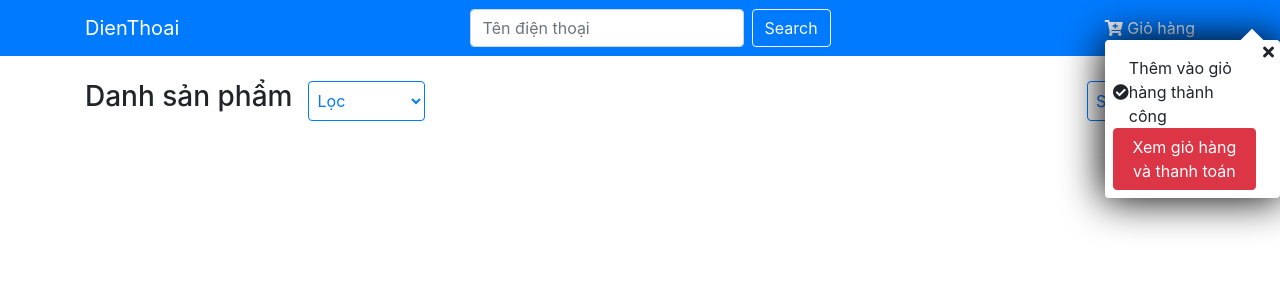
Repository: dovanthao2404/BC14_Bai_Tap_Ban_Dien_Thoai_dovanthao
Page: app/views/index.html
These files come from the project's save history. The page is drawn as it stood at one moment and after the next save; the edit follows.
The browser window is 1280 px wide. The pictures show the whole page.
Some web libraries are served in a nearby version. The style sheet was rebuilt from its Sass, Less or Tailwind sources for each picture, by a compiler version that may differ from the author's.

Above is the page before, as saved 2021-08-14 16:13:34.
Console error (its wording comes from the project's code and is left out).

### app/views/index.html
<!DOCTYPE html>
<html lang="en">

<head>
  <meta charset="UTF-8">
  <meta http-equiv="X-UA-Compatible" content="IE=edge">
  <meta name="viewport" content="width=device-width, initial-scale=1.0">
  <title>Dien Thoai Xin</title>




  <!-- FONT AWESOME -->
  <link rel="stylesheet" href="https://cdnjs.cloudflare.com/ajax/libs/font-awesome/5.15.4/css/all.min.css"
    integrity="sha512-1ycn6IcaQQ40/MKBW2W4Rhis/DbILU74C1vSrLJxCq57o941Ym01SwNsOMqvEBFlcgUa6xLiPY/NS5R+E6ztJQ=="
    crossorigin="anonymous" referrerpolicy="no-referrer" />

  <!-- GOOGLE FONTS -->

  <link rel="preconnect" href="https://fonts.googleapis.com">
  <link rel="preconnect" href="https://fonts.gstatic.com" crossorigin>
  <link
    href="https://fonts.googleapis.com/css2?family=Roboto:ital,wght@0,300;0,400;0,700;1,300;1,400;1,700&display=swap"
    rel="stylesheet">

  <!-- B4 -->
  <link rel="stylesheet" href="https://cdn.jsdelivr.net/npm/bootstrap@4.6.0/dist/css/bootstrap.min.css"
    integrity="sha384-B0vP5xmATw1+K9KRQjQERJvTumQW0nPEzvF6L/Z6nronJ3oUOFUFpCjEUQouq2+l" crossorigin="anonymous">

  <!-- MAIN CSS -->
  <link rel="stylesheet" href="../../assets/css/main.css">
</head>

<body>
  <header class="fixed-top">
    <nav class="navbar navbar-dark bg-primary">
      <div class="container">

        <a href="#" class="navbar-brand">
          DienThoai
        </a>
        <form class="form-inline my-2 my-lg-0">
          <input id="valueSearch" class="form-control mr-sm-2" type="search" placeholder="Tên điện thoại"
            aria-label="Search">
          <button id="btnSearch" class="btn btn-outline-light my-2 my-sm-0" type="button">Search</button>
        </form>
        <div class="phone-cart">
          <a href="cart.html" class="text-light">
            <i class="fa fa-cart-plus"></i> Giỏ hàng
          </a>
          <div class="notifiSuccess pb-2 pt-3 pl-2 pr-4 bg-white rounded">
            <i class="fa fa-times icon-close"></i>
            <div class="d-flex align-items-center">
              <i class="fa fa-check-circle"></i>
              <p class="m-0">Thêm vào giỏ hàng thành công</p>
            </div>
            <button class="btn btn-danger w-100" data-target="cart.html">Xem giỏ hàng và thanh toán</button>
          </div>
        </div>
      </div>
    </nav>

  </header>

  <section class="phone-product">
    <div class="container">
      <div id="listAll-type">
        <div class="phone-title">
          <div class="d-flex justify-content-between align-items-center my-3">
            <div class="d-flex align-items-center">
              <h3 class="mr-3">
                Danh sản phẩm
              </h3>
              <div>
                <select class="phone-select" name="" id="phoneType">
                  <option value="">Lọc</option>
                  <option value="Samsung">Samsung</option>
                  <option value="Iphone">Iphone</option>
                </select>

              </div>
            </div>
            <div class="sort-name">
              <select class="phone-select" name="" id="sortPhone">
                <option value="">Sắp xếp</option>
                <option value="a">A - Z</option>
                <option value="z">Z - A</option>
              </select>
            </div>
          </div>
        </div>
        <div class="phone-list">
          <div class="row" id="listPhoneView">

          </div>
        </div>
      </div>
    </div>
    </div>
  </section>


  <!-- B4 -->
  <script src="https://code.jquery.com/jquery-3.5.1.slim.min.js"
    integrity="sha384-DfXdz2htPH0lsSSs5nCTpuj/zy4C+OGpamoFVy38MVBnE+IbbVYUew+OrCXaRkfj"
    crossorigin="anonymous"></script>
  <script src="https://cdn.jsdelivr.net/npm/bootstrap@4.6.0/dist/js/bootstrap.bundle.min.js"
    integrity="sha384-Piv4xVNRyMGpqkS2by6br4gNJ7DXjqk09RmUpJ8jgGtD7zP9yug3goQfGII0yAns"
    crossorigin="anonymous"></script>


  <!-- AXIOS -->
  <script src="https://cdnjs.cloudflare.com/ajax/libs/axios/0.21.1/axios.min.js"
    integrity="sha512-bZS47S7sPOxkjU/4Bt0zrhEtWx0y0CRkhEp8IckzK+ltifIIE9EMIMTuT/mEzoIMewUINruDBIR/jJnbguonqQ=="
    crossorigin="anonymous" referrerpolicy="no-referrer"></script>

  <script type="module" src="./../controllers/main.js"></script>
</body>

</html>

### app/controllers/main.js
import Phone from "./../models/Phone.js"
import ListPhone from "./../models/ListPhone.js"


var listProductInCart = JSON.parse(localStorage.getItem("listProductInCart")) || [];



let getEle = (id) => {
  return document.getElementById(id)
}

let listPhone = new ListPhone();


let renderView = (arr) => {
  let html = ""
  arr.forEach((phone) => {
    html += `
    <div class="col-3 mb-3">
    <div class="card overflow-hidden h-100">
      <img
        src="${phone.img}"
        alt="" class="card-img-top">
      <div class="card-body">
        <h4 class=card-title>
        ${phone.name}
        </h4>
        <p class="card-text">${phone.desc}</p>
        </div>
        <div class="card-footer">
        <a data-action="add"  data-phone=${phone.id} class="btn btn-primary w-100">Cart</a>
        </div>
    </div>
  </div>
    `
  })
  getEle("listPhoneView").innerHTML = html

}

let fetchData = () => {
  listPhone
    .getListPhoneApi()
    .then((resp) => {
      renderView(resp.data)
    })
    .catch((err) => {
      console.log(err)
    })
}

fetchData()

let filterType = (phoneType, type) => {
  return listPhone
    .getListPhoneApi()
    .then((resp) => {
      let data = resp.data;
      data.forEach((phone) => {
        if (phone.type === type) {
          phoneType.push(phone);
        }
      })
      renderView(phoneType)
      return phoneType;
    })
    .catch((err) => {
      console.log(err)
    })
}

let sortPhone = (arr, valueSort) => {
  for (let i = 0; i < arr.length; i++) {
    for (let j = i; j < arr.length; j++) {
      if (valueSort === 1) {
        if (arr[i].name < arr[j].name) {
          let temp = arr[i];
          arr[i] = arr[j]
          arr[j] = temp;
        }
      } else {
        if (arr[i].name > arr[j].name) {
          let temp = arr[i];
          arr[i] = arr[j]
          arr[j] = temp;
        }
      }
    }
  }
  renderView(arr)
}


let delegationSelect = () => {
  let phoneType = [];
  let type = getEle("phoneType").value;
  let dataSort = getEle("sortPhone").value;

  if (type && dataSort) {

    if (dataSort === "a") {
      filterType(phoneType, type)
        .then((phoneType) => {
          sortPhone(phoneType, 1);
        })
    } else {
      filterType(phoneType, type)
        .then((phoneType) => {
          sortPhone(phoneType, 0);
        })
    }

  } else if (type && !dataSort) {

    filterType(phoneType, type);

  } else if (!type && dataSort) {

    if (dataSort === "a") {
      listPhone.getListPhoneApi()
        .then((resp) => {
          sortPhone(resp.data, 1);
        })
        .catch((err) => {
          console.log(err);
        })
    } else {
      listPhone.getListPhoneApi()
        .then((resp) => {
          sortPhone(resp.data, 0);
        })
        .catch((err) => {
          console.log(err);
        })
    }

  } else {
    fetchData()
  }
}

getEle("phoneType").addEventListener("change", delegationSelect)
getEle("sortPhone").addEventListener("change", delegationSelect)

const handleSearch = () => {
  let nameSort = getEle("valueSearch").value;
  nameSort = nameSort.toLowerCase().trim();
  listPhone.getListPhoneApi()
    .then((resp) => {
      let listPhone = resp.data;
      let listPhoneSearch = listPhone.filter((phone) => {
        return phone.name.toLowerCase().includes(nameSort);
      })
      renderView(listPhoneSearch);
    })
    .catch((err) => {
      console.log(err)
    })

}

getEle("btnSearch").addEventListener("click", handleSearch);




const delegationListPhoneView = (e) => {
  if (e.target.getAttribute("data-action") === "add") {
    let id = e.target.getAttribute("data-phone");

    listPhone.getPhoneById(id)
      .then((resp) => {
        let count = 0;
        for (let i = 0; i < listProductInCart.length; i++) {

          if (listProductInCart[i].id === id) {
            listProductInCart[i].quantity += 1;
            localStorage.setItem("listProductInCart", JSON.stringify(listProductInCart));
            count++;
          }

        }

        if (count === 0) {
          let phone = { ...resp.data }
          phone.quantity = 1;
          listProductInCart.push(phone);
          localStorage.setItem("listProductInCart", JSON.stringify(listProductInCart));

        }
      })
      .catch((err) => {
        console.log(err)
      })


  }
}


getEle("listPhoneView").addEventListener("click", delegationListPhoneView)

### app/models/Phone.js
class Phone {
  constructor({
    name,
    price,
    screen,
    backCamera,
    frontCamera,
    img,
    desc,
    type
  },) {
    this.name = name;
    this.price = price;
    this.screen = screen;
    this.backCamera = backCamera;
    this.frontCamera = frontCamera;
    this.img = img;
    this.desc = desc;
    this.type = type;
  }

}

### app/models/ListPhone.js
export default class ListPhone {
  getListPhoneApi() {
    return axios({
      url: "https://6113ecdacba40600170c1d10.mockapi.io/api/phone",
      method: "GET",
    });
  }

  getPhoneById(id) {
    return axios({
      url: `https://6113ecdacba40600170c1d10.mockapi.io/api/phone/${id}`,
      method: "GET",
    });
  }

}

//  MỚi ăn xong

### assets/scss/main.scss
.phone-product {
  margin-top: 80px;
}
.phone-select {
  padding: 8px 20px 8px 4px;
  border-color: #007bff;
  color: #007bff;
  border-radius: 4px;
  background: transparent;
  outline: none;
  cursor: pointer;
  transition: all 0.5s;
  &:hover {
    background-color: #007bff;
    color: white;
  }
  option {
    display: block;
    background-color: white;
    color: #000;
  }
}
.notifiSuccess {
  position: absolute;
  box-shadow: 0 0 40px 2px #000;
  &:before {
    content: "";
    position: absolute;
    display: block;
    width: 16px;
    height: 16px;
    background-color: #fff;
    transform: rotate(45deg);
    top: -8px;
    right: 20px;
    border-left: 1px solid #ff;
  }

  .icon-close {
    position: absolute;
    right: 6px;
    top: 4px;
    cursor: pointer;
  }
}

After the next save:
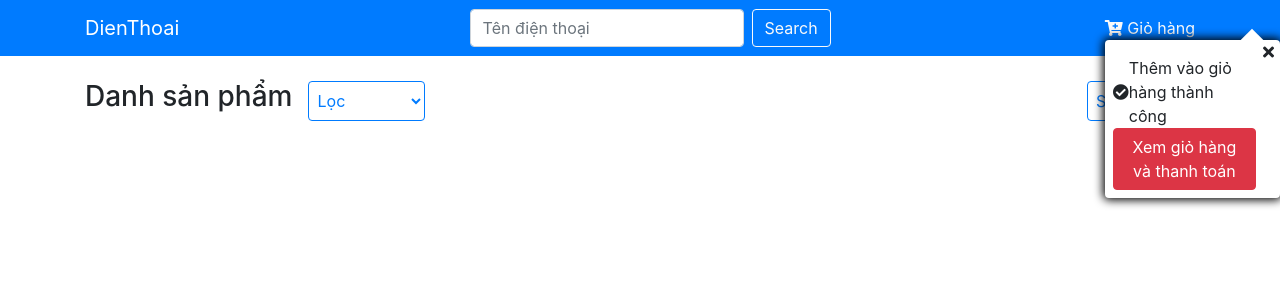
Saved 4 s later.
--- a/assets/scss/main.scss
+++ b/assets/scss/main.scss
@@ -22,7 +22,7 @@
 }
 .notifiSuccess {
   position: absolute;
-  box-shadow: 0 0 40px 2px #000;
+  box-shadow: 0 0 10px 2px #000;
   &:before {
     content: "";
     position: absolute;
